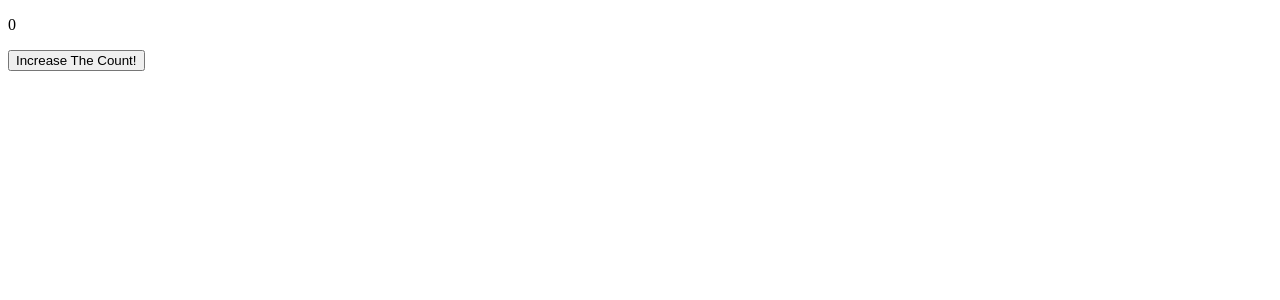
Repository: a-rydzak/Java
Page: http://localhost/Counter/Click
An editor plug-in stored every save of this project. The page is shown before and after the next save, followed by the edit.
The browser window is 1280 px wide. The pictures show the whole page.
The page is served by Tomcat 9.

Above is the page before, as saved 2019-07-12 15:48:22.

### Java MVC/ButtonClicker/Counter/WebContent/WEB-INF/views/Click.jsp
<%@ page language="java" contentType="text/html; charset=ISO-8859-1"
    pageEncoding="ISO-8859-1"%>
<%@ taglib prefix="c" uri="http://java.sun.com/jsp/jstl/core" %>
<!DOCTYPE html>
<html>
<head>
<meta charset="ISO-8859-1">
<title>Insert title here</title>
</head>
<body>
    <p>
        <c:out value="${count}"/>
    </p>

	<form name="clickForm" method="post" action="Increase">
		<input type = "submit" value = "Increase The Count!" />
    </form>
</body>
</html>

### Java MVC/ButtonClicker/Counter/src/com/andrewrydzak/web/controllers/Click.java
package com.andrewrydzak.web.controllers;

import java.io.IOException;

import javax.servlet.RequestDispatcher;
import javax.servlet.ServletException;
import javax.servlet.annotation.WebServlet;
import javax.servlet.http.HttpServlet;
import javax.servlet.http.HttpServletRequest;
import javax.servlet.http.HttpServletResponse;
import javax.servlet.http.HttpSession;

/**
 * Servlet implementation class Click
 */
@WebServlet("/Click")
public class Click extends HttpServlet {
	private static final long serialVersionUID = 1L;

    /**
     * @see HttpServlet#HttpServlet()
     */
    public Click() {
        super();
        // TODO Auto-generated constructor stub
    }

	/**
	 * @see HttpServlet#doGet(HttpServletRequest request, HttpServletResponse response)
	 */
	protected void doGet(HttpServletRequest request, HttpServletResponse response) throws ServletException, IOException {
		HttpSession session = request.getSession();
		String count = (String) session.getAttribute("count");
		Integer number;
		// We need this integer number so that we can add things to it
		// since in session it is stored as a string
		// Count is what is currently stored in session so we can pull it

		if(count == null) {
			session.setAttribute("count", "0");
			// If there's nothing in the count, that means it is
			// the first time a user has loaded the page, so the count
			// is zero
		}
		else {
			number = Integer.parseInt(count);
			number += 1;
			count = number.toString();
			session.setAttribute("count", count);
			// However, if count is not null, it is not the first time
			// so we set the number to the integer version of count (which is a string)
			// and then we can add one to number
			// Then we take count, which is the attribute of the session to the string
			// version of the updated number and then we set session to this updated string
			// version of number
		}

		RequestDispatcher view = request.getRequestDispatcher("/WEB-INF/views/Click.jsp");
        view.forward(request, response);
        // This makes sure that it displays the correct jsp file on load
	}

	/**
	 * @see HttpServlet#doPost(HttpServletRequest request, HttpServletResponse response)
	 */
	protected void doPost(HttpServletRequest request, HttpServletResponse response) throws ServletException, IOException {
		// TODO Auto-generated method stub
		doGet(request, response);
	}

}

After the next save:
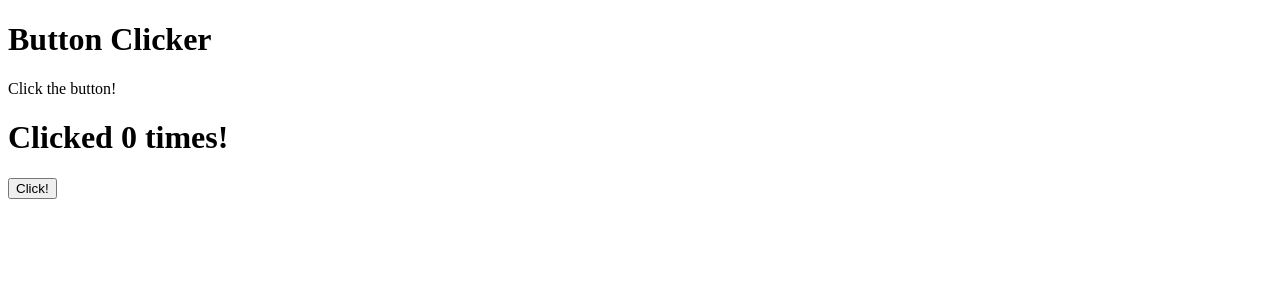
Saved 22 s later.
--- a/Java MVC/ButtonClicker/Counter/WebContent/WEB-INF/views/Click.jsp
+++ b/Java MVC/ButtonClicker/Counter/WebContent/WEB-INF/views/Click.jsp
@@ -4,16 +4,13 @@
 <!DOCTYPE html>
 <html>
 <head>
-<meta charset="ISO-8859-1">
+<meta http-equiv="Content-Type" content="text/html; charset=UTF-8">
 <title>Insert title here</title>
 </head>
 <body>
-    <p>
-        <c:out value="${count}"/>
-    </p>
-
-	<form name="clickForm" method="post" action="Increase">
-		<input type = "submit" value = "Increase The Count!" />
-    </form>
+	<h1>Button Clicker</h1>
+	<p>Click the button!</p>
+	<h1>Clicked <c:out value="${count}"/> times!</h1>
+	<a href="/ButtonClicker/Counter"><button>Click!</button></a>
 </body>
 </html>
